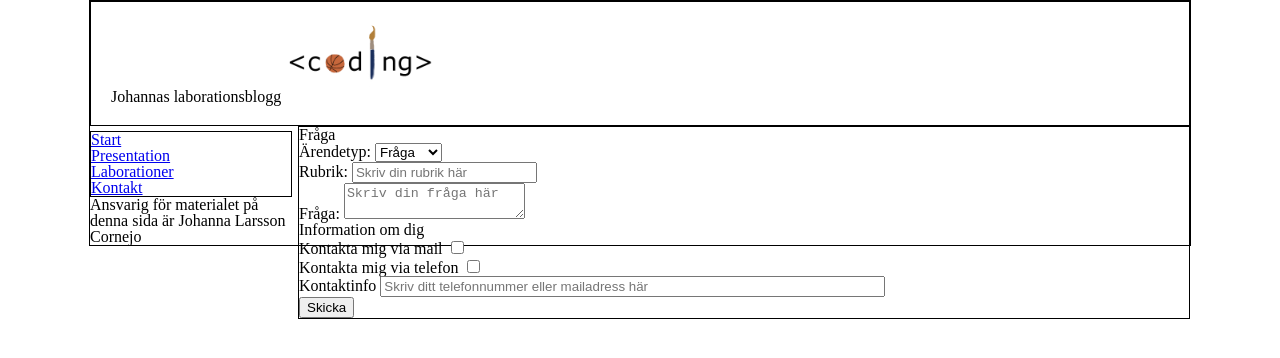
Repository: jc222fi/1ik415-laborationer
Page: pages/kontakt.html
The author's editor kept a record of every edit. The page is drawn from the files as they stood at one moment, then again after the next edit.
The browser window is 1280 px wide. The pictures show the whole page.

Above is the page before.

### pages/kontakt.html
<!doctype html>
<html>
    <head>
        <meta charset="utf-8" />
        <title>Kontakt</title>
        <link rel="stylesheet" href="../css/style.css" />
    </head>
    <body>
    <div id="container">
        <div id="header">
            <header>
                <h1 id="start">Johannas laborationsblogg<img src="pics/logo.png" alt="Logotyp" /></h1>
            </header>
        </div>
        <div id="nav">
            <ul>
                <li><a href="#Start">Start</a></li>
                <li><a href="pages/presentation.html">Presentation</a></li>
                <li><a href="pages/laborationer.html">Laborationer</a></li>
                <li><a href="pages/kontakt.html">Kontakt</a></li>
            </ul>
        </div>
        <div id="content">
            <form action="http://voyager.lnu.se/tekinet/kurser/dtt/wp_webbintro/form.php" method="post">
                <fieldset>
                    <legend>Fråga</legend>
                    <label for="ärendetyp">Ärendetyp:</label>
                    <select id="ärendetyp" name="ärendetyp" />
                        <option value="1">Fråga</option>
                        <option value="2">Åsikt</option>
                        <option value="3">Förslag</option>
                    </select>
                    <p>
                        <label for="rubrik">Rubrik:</label>
                        <input placeholder="Skriv din rubrik här" type="text" id="rubrik" name="rubrik" size="20" />
                    </p>
                    <p>
                        <label for="fråga">Fråga:</label>
                        <textarea placeholder="Skriv din fråga här" id="fråga" name="fråga"></textarea>
                    </p>
                </fieldset>
                <fieldset>
                    <legend>Information om dig</legend>

                    <label for="mail">Kontakta mig via mail</label>
                    <input type="checkbox" id="mail" name="g1[]" value="mail" />
                    <p>
                        <label for="telefon">Kontakta mig via telefon</label>
                        <input type="checkbox" id="telefon" name="g1[]" value="telefon" />
                    </p>
                    <p><label for="kontaktinfo">Kontaktinfo</label>
                    <input placeholder="Skriv ditt telefonnummer eller mailadress här" type="text"
                    id="kontaktinfo" name="kontaktinfo" size="60">
                    </p>
                </fieldset>
                <input type="submit" value="Skicka" />
            </form>
        </div>
        <footer class="footer">
        <p>Ansvarig för materialet på denna sida är Johanna Larsson Cornejo</p>
        </footer>
    </div>
    </body>
</html>

### css/style.css
/* http://meyerweb.com/eric/tools/css/reset/
   v2.0 | 20110126
   License: none (public domain)
*/

html, body, div, span, applet, object, iframe,
h1, h2, h3, h4, h5, h6, p, blockquote, pre,
a, abbr, acronym, address, big, cite, code,
del, dfn, em, img, ins, kbd, q, s, samp,
small, strike, strong, sub, sup, tt, var,
b, u, i, center,
dl, dt, dd, ol, ul, li,
fieldset, form, label, legend,
table, caption, tbody, tfoot, thead, tr, th, td,
article, aside, canvas, details, embed,
figure, figcaption, footer, header, hgroup,
menu, nav, output, ruby, section, summary,
time, mark, audio, video {
	margin: 0;
	padding: 0;
	border: 0;
	font-size: 100%;
	font: inherit;
	vertical-align: baseline;
}

/*Layout*/
#container{
	max-width:1100px;
	margin:0 auto;
	border:1px solid black;
}
#header{
	max-width:1190;
   padding:20px;
   border:1px solid black;
}
#nav{
	float:left;
	width:200px;
	margin-top:5px;
   border:1px solid black;
}
#content{
	float:right;
	margin-left:5px;
	width:890px;
	border:1px solid black;
}
#footer{
	clear:both;
}

/* HTML5 display-role reset for older browsers */
article, aside, details, figcaption, figure,
footer, header, hgroup, menu, nav, section {
	display: block;
}
body {
	line-height: 1;
}
ol, ul {
	list-style: none;
}
blockquote, q {
	quotes: none;
}
blockquote:before, blockquote:after,
q:before, q:after {
	content: '';
	content: none;
}
table {
	border-collapse: collapse;
	border-spacing: 0;
}

After the next edit:
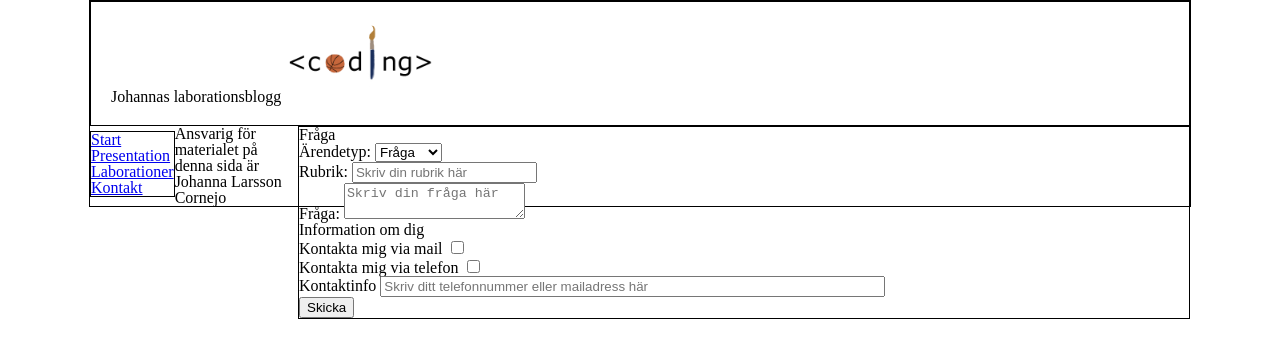
The edit:
--- a/css/style.css
+++ b/css/style.css
@@ -37,7 +37,7 @@
 }
 #nav{
 	float:left;
-	width:200px;
+	max-width:200px;
 	margin-top:5px;
    border:1px solid black;
 }

After the edit that followed:
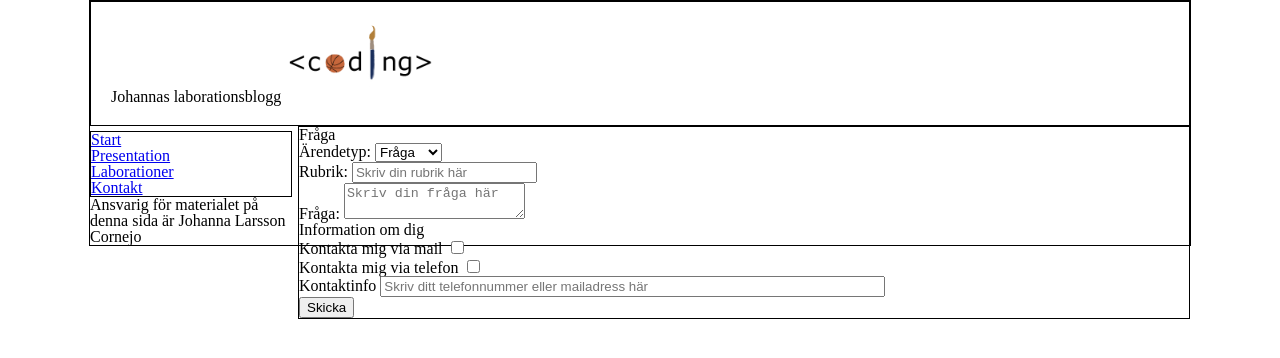
The edit:
--- a/css/style.css
+++ b/css/style.css
@@ -37,7 +37,7 @@
 }
 #nav{
 	float:left;
-	max-width:200px;
+	width:200px;
 	margin-top:5px;
    border:1px solid black;
 }
